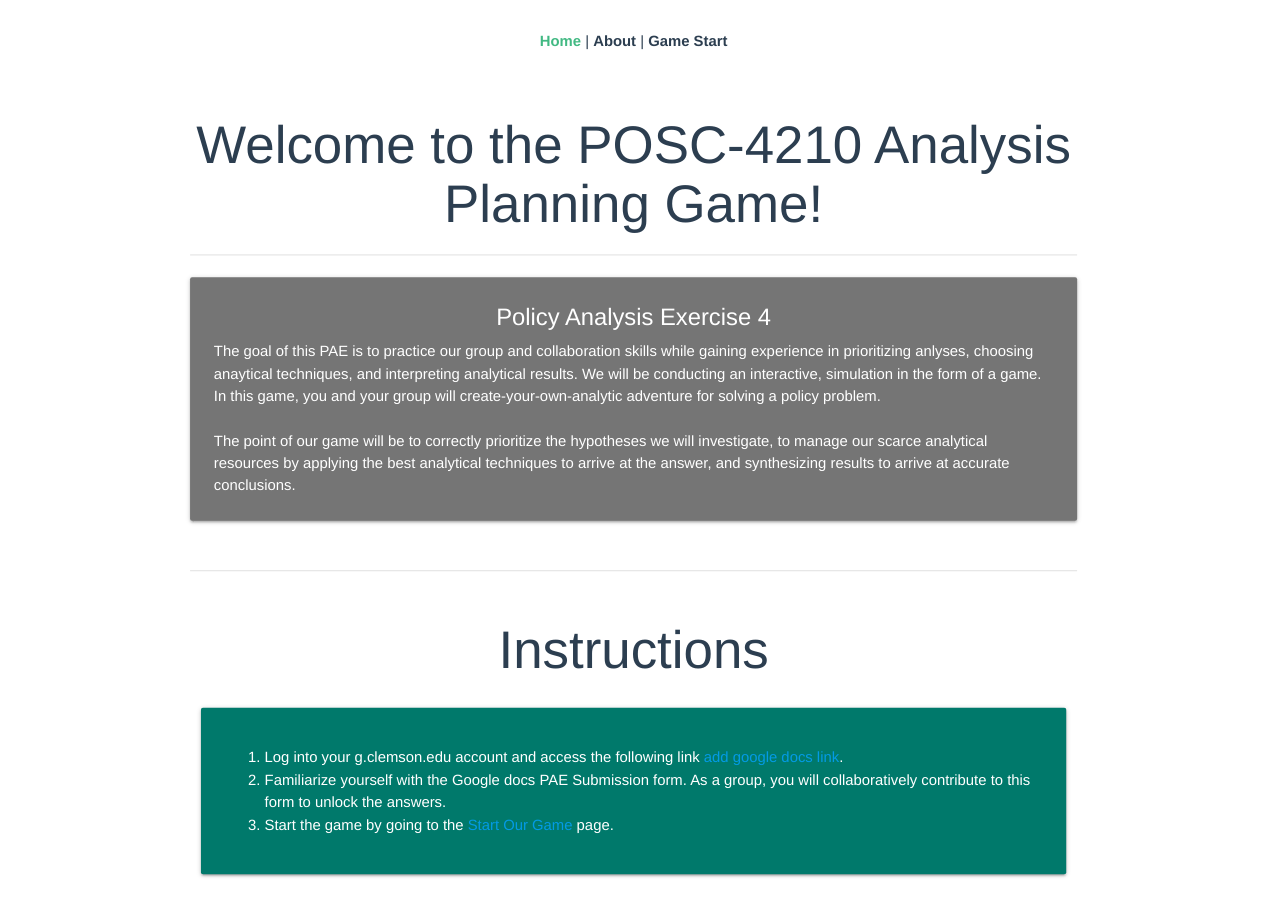
Repository: gallard28/posc4210app
Page: /
The author's editor kept a copy of each file at every save. The page is drawn from the files as they stood at one save, then again after the next save.
The browser window is 1280 px wide. The pictures show the whole page, at 99% of full size.
The project was rebuilt for these pictures with package versions that can differ from the ones it lists, and the page was loaded fresh each time. Also part of the build but not shown: src/views/Start.vue.

Above is the page before, as saved 2020-09-20 16:18:41.

After the next save:
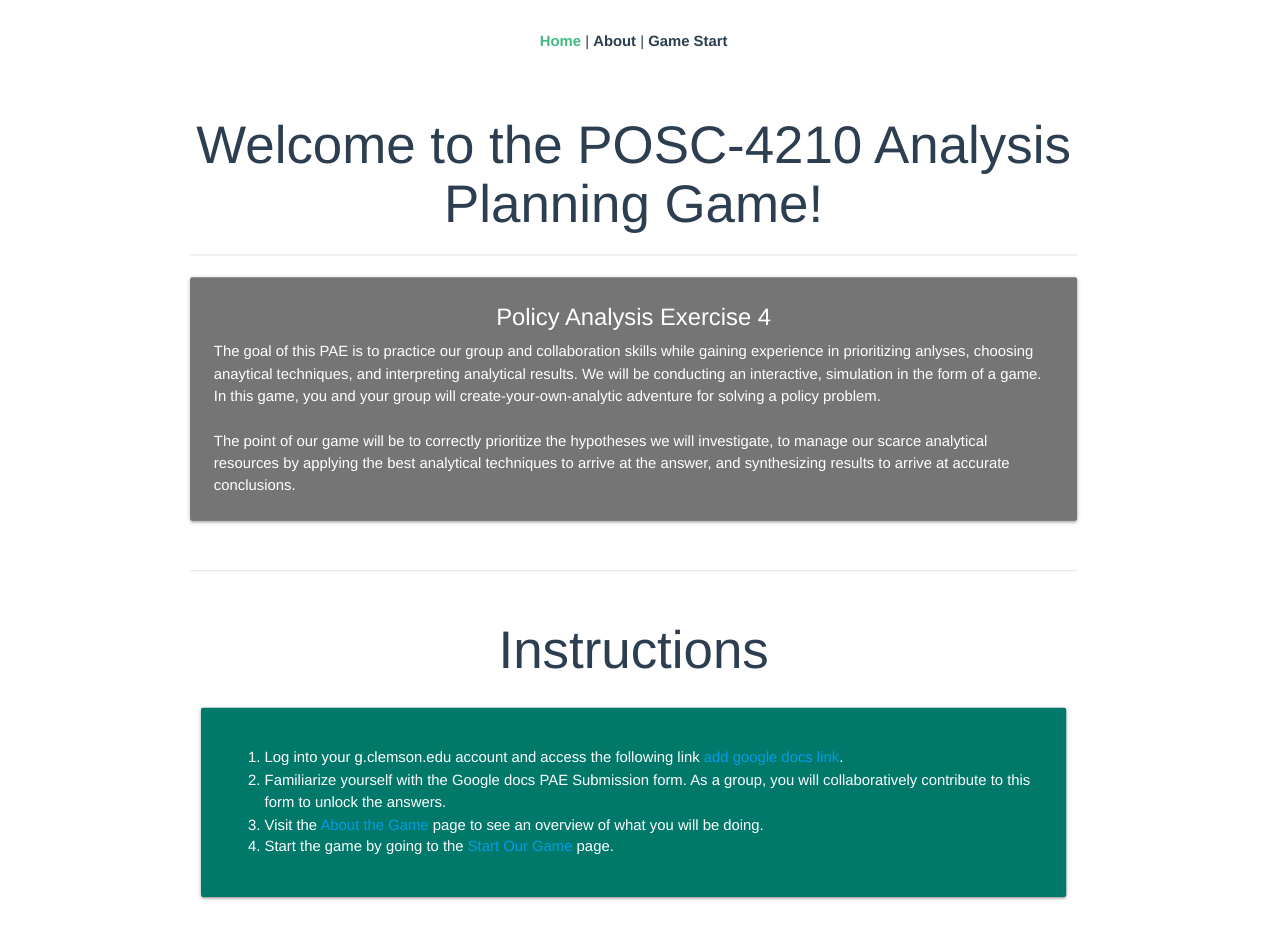
Saved 85 s later.
--- a/src/views/Home.vue
+++ b/src/views/Home.vue
@@ -35,6 +35,7 @@
                 <ol>
                   <li>Log into your g.clemson.edu account and access the following link <a href="">add google docs link</a>. </li>
                   <li>Familiarize yourself with the Google docs PAE Submission form. As a group, you will collaboratively contribute to this form to unlock the answers.</li>
+                  <li>Visit the <router-link to="/About">About the Game</router-link> page to see an overview of what you will be doing. </li>
                   <li>Start the game by going to the <router-link to="">Start Our Game</router-link> page.</li>
                 </ol>
               </p>
